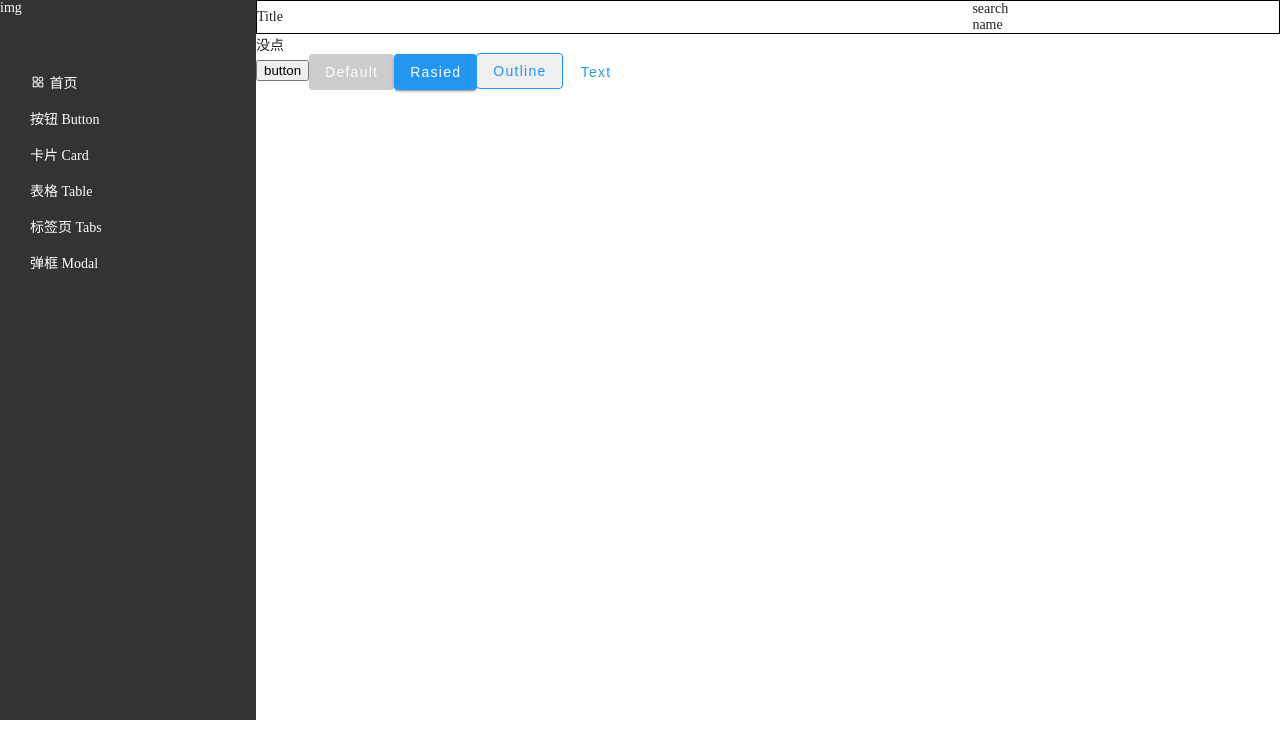
Repository: wyhsunflower/koalaUI
Page: /
The author's editor kept a copy of each file at every save. The page is drawn from the files as they stood at one save, then again after the next save.
The browser window is 1280 px wide. The pictures show the whole page.
The project was rebuilt for these pictures with package versions that can differ from the ones it lists, and the page was loaded fresh each time. Also part of the build but not shown: webpack.config.js, src/components/Modal/Modal.vue. Imported but missing from the stored project, and not drawn on this page: src/views/go/go2.vue.

Above is the page before, as saved 2020-03-13 21:53:56.

After the next save:
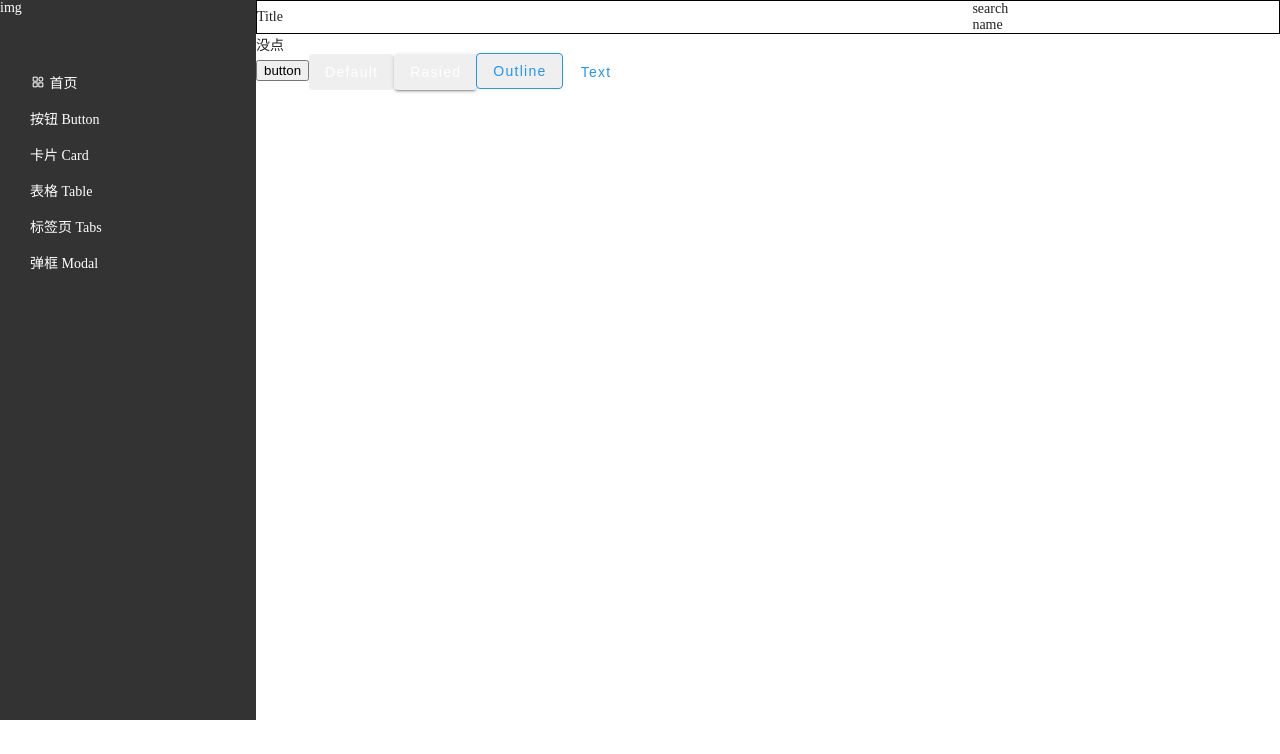
Saved 2 min 2 s later.
--- a/src/components/Button/Button.vue
+++ b/src/components/Button/Button.vue
@@ -92,10 +92,8 @@
 // }
     .koala-button-default{
         box-shadow: 0 0 0 0 rgba(0,0,0,.2), 0 0 0 0 rgba(0,0,0,.14), 0 0 0 0 rgba(0,0,0,.12);
-        background-color:$color-btn-default;
     }
     .koala-button-rasied{
-        background-color:$color-btn-primary;
         box-shadow: 0px 3px 1px -2px rgba(0, 0, 0, 0.2), 0px 2px 2px 0px rgba(0, 0, 0, 0.14), 0px 1px 5px 0px rgba(0,0,0,.12);
         transition: box-shadow 280ms cubic-bezier(0.4, 0, 0.2, 1);
     }
